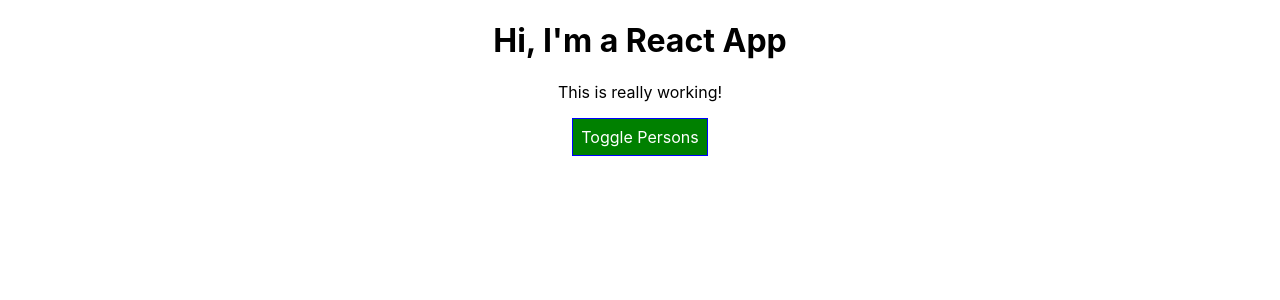
Repository: AidanHak/udemy-react-guide
Page: /
An editor plug-in stored every save of this project. The page is shown before and after the next save, followed by the edit.
The browser window is 1280 px wide. The pictures show the whole page.
The project was rebuilt for these pictures with package versions that can differ from the ones it lists, and the page was loaded fresh each time. Also part of the build but not shown: src/components/Persons/Person/Person.module.css, src/components/Persons/Person/Person.js, src/components/ErrorBoundary/ErrorBoundary.js, src/components/Persons/Persons.js.

Above is the page before, as saved 2021-02-24 14:16:57.

After the next save:
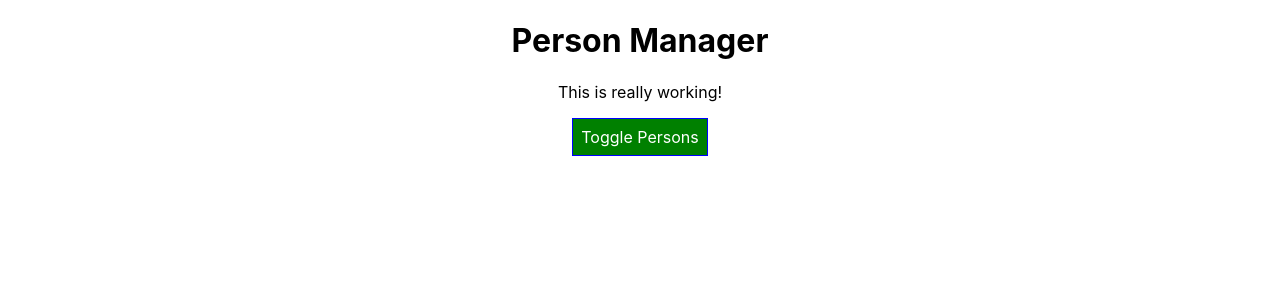
Saved 34 s later.
--- a/src/components/Cockpit/Cockpit.js
+++ b/src/components/Cockpit/Cockpit.js
@@ -17,7 +17,7 @@ const cockpit = (props) => {
 
 	return (
 		<div className={styles.Cockpit}>
-			<h1>Hi, I'm a React App</h1>
+			<h1>{props.title}</h1>
 			<p className={assignedClasses.join(' ')}>This is really working!</p>
 			<button
 				//style={style}
